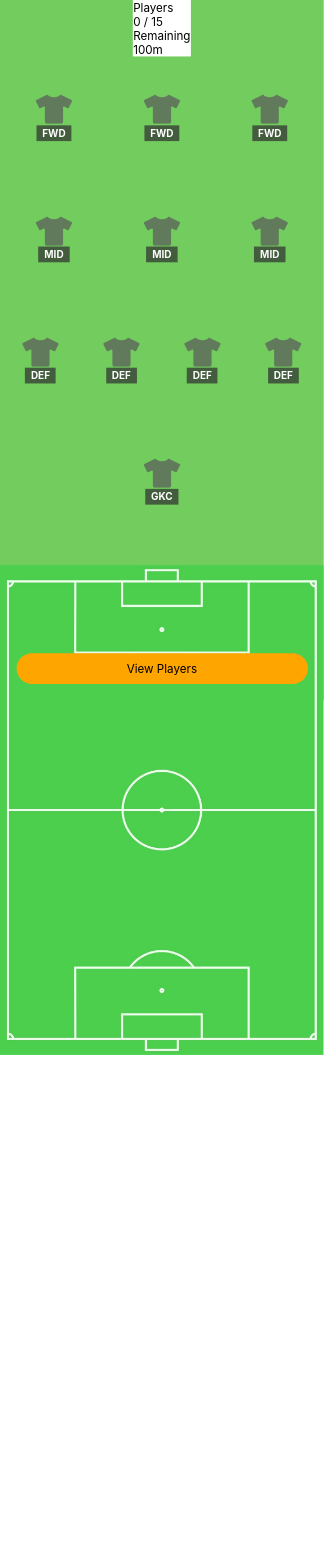
Repository: JavaidAhmadKhan/UEFA
Screen: /
The author's editor kept a copy of each file at every save. The screen is drawn from the files as they stood at one save, then again after a run of saves.
The pictures are shown at 83% of full size.
The app was drawn by React Native's web renderer in a window 390 px wide. The project was rebuilt for these pictures with package versions that can differ from the ones it lists, and the page was loaded fresh each time. Some packages were replaced by stand-ins written for this rebuild.

Above is the screen before, as saved 2021-07-07 12:05:26.

After the next 2 saves:
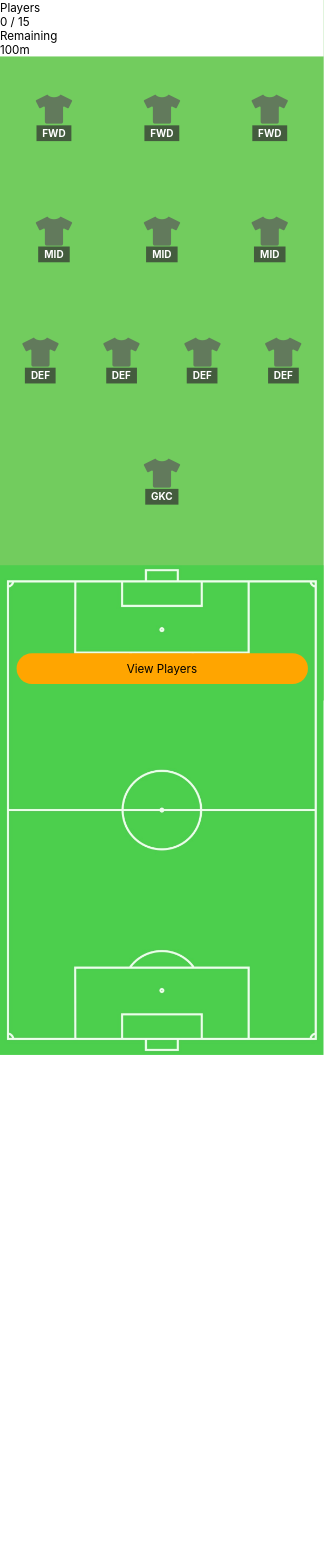
The 2 saves are shown as one change because they came seconds apart.
The last was saved 15 s later.
--- a/components/TeamStats.tsx
+++ b/components/TeamStats.tsx
@@ -18,7 +18,7 @@ const TeamStats = () => {
 };
 
 const styles = StyleSheet.create({
-  container: { backgroundColor: "white" },
+  container: { backgroundColor: "white", width: "100%" },
   label: {},
   value: {},
 });
